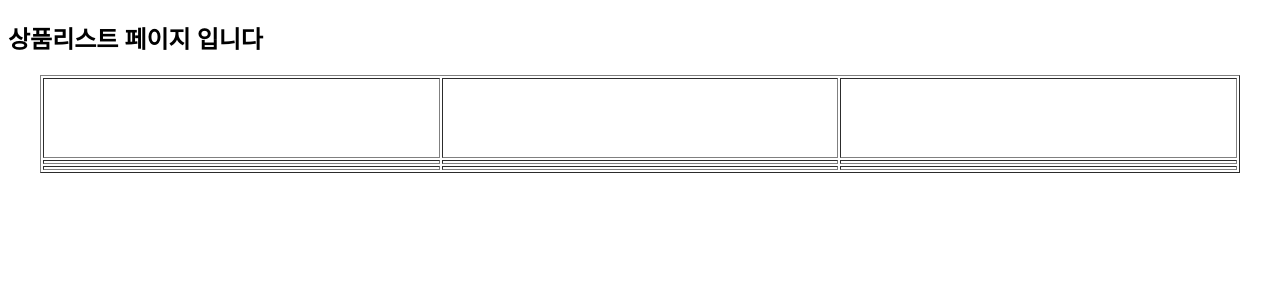
Repository: simjinbo/shoppingmall-lookbom
Page: http://localhost/lookBomProject/views/product/productListView.jsp
An editor plug-in stored every save of this project. The page is shown before and after the next save, followed by the edit.
The browser window is 1280 px wide. The pictures show the whole page.
The page is served by Tomcat 9. Nobody is signed in. The application's start-up code is not run.

Above is the page before, as saved 2019-03-12 03:44:22.

After the next save:
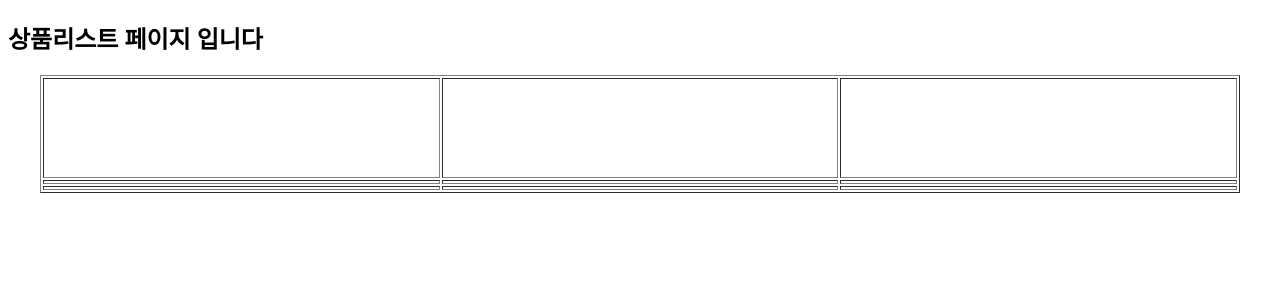
Saved 18 s later.
--- a/lookBomProject/web/views/product/productListView.jsp
+++ b/lookBomProject/web/views/product/productListView.jsp
@@ -9,7 +9,7 @@
 <body>
 <h2>상품리스트 페이지 입니다</h2>
 <table align ="center" width="1200" border="1px solid #bcbcbc">
-<tr height="80"><th></th><th></th><th></th></tr>
+<tr height="100"><th></th><th></th><th></th></tr>
 <tr><th></th><th></th><th></th></tr>
 <tr><th></th><th></th><th></th></tr>
 </table>
